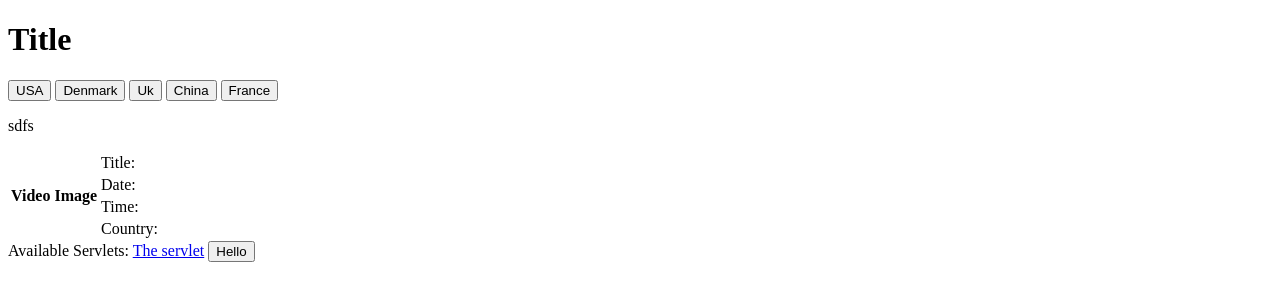
Repository: isauraAlmar/App-Engine-and-Internationalization-with-Java
Page: http://localhost/Marven/
These files come from the project's save history. The page is drawn as it stood at one moment and after the next save; the edit follows.
The browser window is 1280 px wide. The pictures show the whole page.
Some web fonts or font styles are not loaded; a fallback is used. The page is served by Tomcat 9. Other server files are loaded and not shown.

Above is the page before, as saved 2017-05-04 10:55:24.

### Marven/src/main/webapp/index.jsp
<!DOCTYPE html>
<%@ page contentType="text/html;charset=UTF-8" language="java" %>
<%@ page import="com.exemple.HelloInfo" %>
<!-- [START_EXCLUDE] -->
<%--
  ~ Copyright (c) 2016 Google Inc. All Rights Reserved.
  ~
  ~ Licensed under the Apache License, Version 2.0 (the "License"); you
  ~ may not use this file except in compliance with the License. You may
  ~ obtain a copy of the License at
  ~
  ~     http://www.apache.org/licenses/LICENSE-2.0
  ~
  ~ Unless required by applicable law or agreed to in writing, software
  ~ distributed under the License is distributed on an "AS IS" BASIS,
  ~ WITHOUT WARRANTIES OR CONDITIONS OF ANY KIND, either express or
  ~ implied. See the License for the specific language governing
  ~ permissions and limitations under the License.
  --%>
<!-- [END_EXCLUDE] -->
<html>
<head>
  <link href='//fonts.googleapis.com/css?family=Marmelad' rel='stylesheet' type='text/css'>
  <title>Hello App Engine Standard</title>
</head>
<body>

    <h1> Title </h1>

    <button >USA</button>
    <button >Denmark</button>
	<button >Uk</button>
	<button >China</button>
	<button >France</button>

 <p>sdfs</p>
 <table>
  <tr>
    <th rowspan="4">Video Image</th>
    <td>Title:</td>
  </tr>
  <tr>
    <td>Date:</td>
  </tr>
  <tr>
    <td>Time:</td>
  </tr>
  <tr>
    <td>Country:</td>
  </tr>

</table>

    <tr>
      <td colspan="2" style="font-weight:bold;">Available Servlets:</td>
    </tr>
    <tr>
      <td><a href='/hello'>The servlet</a></td>
    </tr>
  </table>
  <button >Hello</button>


</body>
</html>

### Marven/src/main/java/com/exemple/HelloInfo.java
/*
 * Copyright (c) 2016 Google Inc. All Rights Reserved.
 *
 * Licensed under the Apache License, Version 2.0 (the "License"); you
 * may not use this file except in compliance with the License. You may
 * obtain a copy of the License at
 *
 *     http://www.apache.org/licenses/LICENSE-2.0
 *
 * Unless required by applicable law or agreed to in writing, software
 * distributed under the License is distributed on an "AS IS" BASIS,
 * WITHOUT WARRANTIES OR CONDITIONS OF ANY KIND, either express or
 * implied. See the License for the specific language governing
 * permissions and limitations under the License.
 */

package com.exemple;

// [START example]
/**
 * Generate some simple information.
 */
public class HelloInfo {

  public static String getInfo() {
    return "Version: " + System.getProperty("java.version")
          + " OS: " + System.getProperty("os.name")
          + " User: " + System.getProperty("user.name");
  }

  public static String Country (){
	  String stn = new String();
	  stn = "USA";
	  return stn;
  }
}
// [END example]

After the next save:
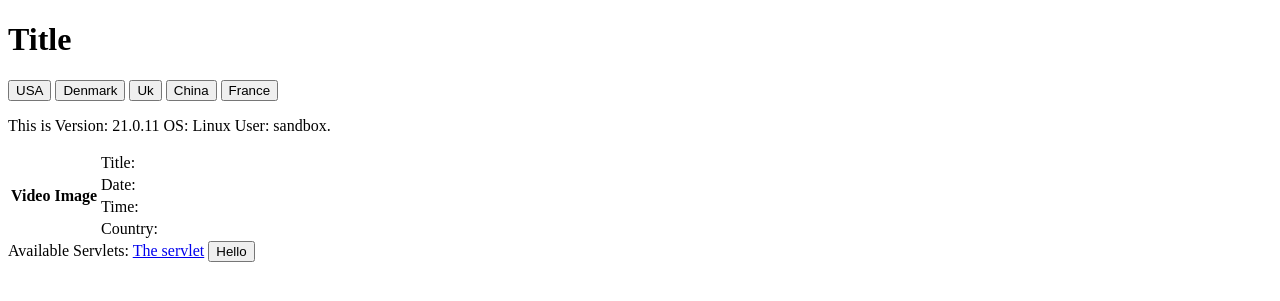
Saved 110 s later.
--- a/Marven/src/main/webapp/index.jsp
+++ b/Marven/src/main/webapp/index.jsp
@@ -33,7 +33,7 @@
 	<button >China</button>
 	<button >France</button>
 
- <p>sdfs</p>
+ <p>This is <%= HelloInfo.getInfo() %>.</p>
  <table>
   <tr>
     <th rowspan="4">Video Image</th>
